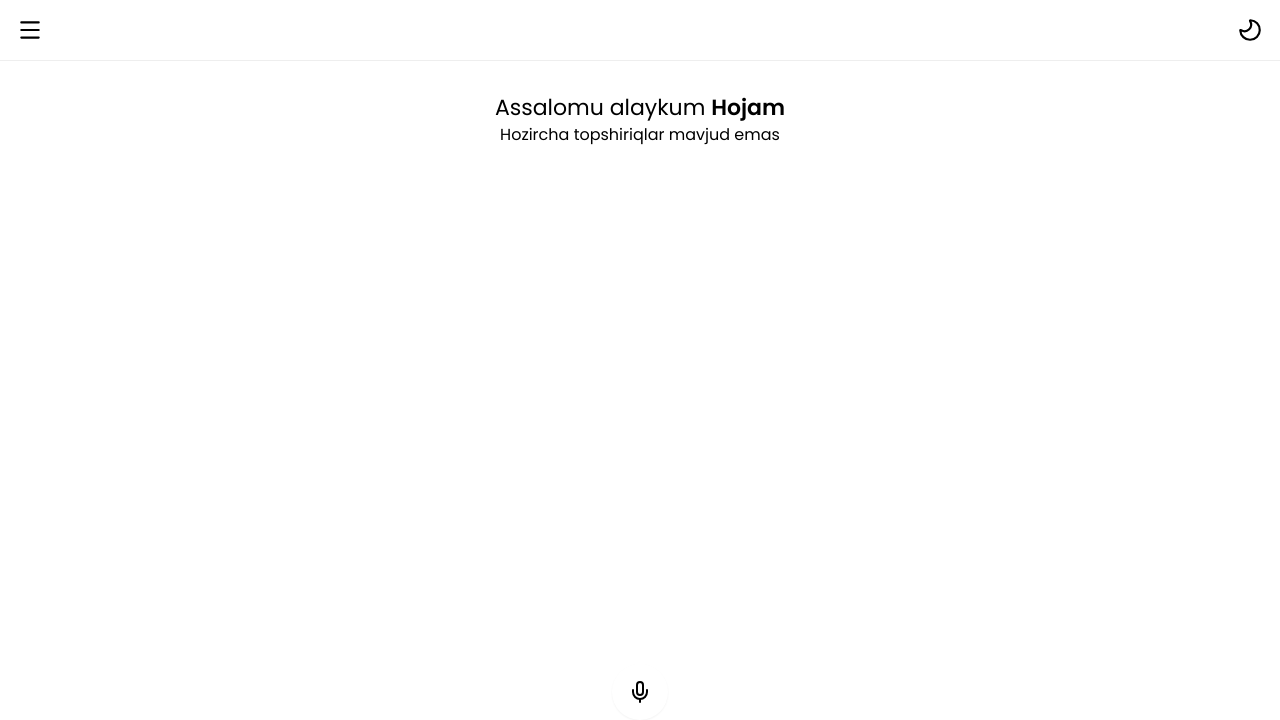
Repository: zaynobiddinovofficel-debug/KotibaAI
Page: / (app in web/)
An editor plug-in stored every save of this project. The page is shown before and after the next save, followed by the edit.
The browser window is 1280 px wide. The pictures show the whole page.
Some web fonts or font styles are not loaded; a fallback is used. The project was rebuilt for these pictures with package versions that can differ from the ones it lists, and the page was loaded fresh each time. Also part of the build but not shown: web/vite.config.js.

Above is the page before, as saved 2026-03-25 21:23:02.

### web/index.html
<!doctype html>
<html lang="en">
  <head>
    <meta charset="UTF-8" />
    <link rel="icon" type="image/svg+xml" href="/vite.svg" />
    <meta name="viewport" content="width=device-width, initial-scale=1.0" />
    <title>web</title>
    <link rel="preconnect" href="https://fonts.googleapis.com">
    <link rel="preconnect" href="https://fonts.gstatic.com" crossorigin>
    <link href="https://fonts.googleapis.com/css2?family=Barlow+Semi+Condensed:ital,wght@0,100;0,200;0,300;0,400;0,500;0,600;0,700;0,800;0,900;1,100;1,200;1,300;1,400;1,500;1,600;1,700;1,800;1,900&family=Big+Shoulders:opsz,wght@10..72,100..900&family=Chewy&family=Inter:ital,opsz,wght@0,14..32,100..900;1,14..32,100..900&family=Lexend+Deca:wght@100..900&family=Poppins:ital,wght@0,100;0,200;0,300;0,400;0,500;0,600;0,700;0,800;0,900;1,100;1,200;1,300;1,400;1,500;1,600;1,700;1,800;1,900&family=Roboto+Condensed:ital,wght@0,100..900;1,100..900&display=swap" rel="stylesheet">
  </head>
  <body class="font-[Poppins]">
    <div id="root"></div>
    <script type="module" src="/src/main.jsx"></script>
  </body>
</html>

### web/src/App.jsx
import { Button } from "@/components/ui/button"
import { MenuIcon, MicIcon, MoonIcon, PauseIcon, PlayIcon, SendIcon, SunIcon, XIcon } from "lucide-react"
import React from "react"
export default function App() {
  const barCount = 24;
  const sttApiKey = import.meta.env.VITE_UZBEKVOICE_API_KEY;
  const geminiApiKey = import.meta.env.VITE_GEMINI_API_KEY;
  const [tasks,setTasks] = React.useState(JSON.parse(localStorage.getItem("tasks")));
  const [username,setUsername] = React.useState(localStorage.getItem("username"));
  const [isLight,setIsLight] = React.useState(localStorage.getItem("theme")=="light");
  const [isRecording, setIsRecording] = React.useState(false);
  const [isPaused, setIsPaused] = React.useState(false);
  const [audioUrl, setAudioUrl] = React.useState(null);
  const [isPreviewPlaying, setIsPreviewPlaying] = React.useState(false);
  const [isSubmitting, setIsSubmitting] = React.useState(false);
  const [transcript, setTranscript] = React.useState("");
  const [geminiReply, setGeminiReply] = React.useState("");
  const [submitError, setSubmitError] = React.useState("");
  const [audioLevels, setAudioLevels] = React.useState(Array.from({ length: barCount }, () => 10));
  const mediaRecorderRef = React.useRef(null);
  const streamRef = React.useRef(null);
  const chunksRef = React.useRef([]);
  const recordAudioContextRef = React.useRef(null);
  const recordAnalyserRef = React.useRef(null);
  const previewAudioContextRef = React.useRef(null);
  const previewAnalyserRef = React.useRef(null);
  const animationFrameRef = React.useRef(null);
  const audioPreviewRef = React.useRef(null);
  const previewSourceRef = React.useRef(null);

  const rebuildAudioUrl = React.useCallback(() => {
    if (chunksRef.current.length === 0) return;

    setAudioUrl((currentUrl) => {
      if (currentUrl) {
        URL.revokeObjectURL(currentUrl);
      }

      return URL.createObjectURL(new Blob(chunksRef.current, { type: "audio/webm" }));
    });
  }, []);

  const stopVisualizer = React.useCallback(() => {
    if (animationFrameRef.current) {
      cancelAnimationFrame(animationFrameRef.current);
      animationFrameRef.current = null;
    }
    setAudioLevels(Array.from({ length: barCount }, () => 10));
  }, [barCount]);

  const startVisualizer = React.useCallback((analyser) => {
    const dataArray = new Uint8Array(analyser.frequencyBinCount);

    const updateLevels = () => {
      analyser.getByteFrequencyData(dataArray);
      const step = Math.max(1, Math.floor(dataArray.length / barCount));
      const nextLevels = Array.from({ length: barCount }, (_, index) => {
        const value = dataArray[index * step] ?? 0;
        return Math.max(10, Math.round((value / 255) * 64));
      });

      setAudioLevels(nextLevels);
      animationFrameRef.current = requestAnimationFrame(updateLevels);
    };

    updateLevels();
  }, [barCount]);

  const stopStream = React.useCallback(() => {
    if (streamRef.current) {
      streamRef.current.getTracks().forEach((track) => track.stop());
      streamRef.current = null;
    }
  }, []);

  const resetRecorder = React.useCallback(() => {
    if (audioPreviewRef.current) {
      audioPreviewRef.current.pause();
      audioPreviewRef.current.currentTime = 0;
    }

    setIsRecording(false);
    setIsPaused(false);
    setIsPreviewPlaying(false);
    stopVisualizer();

    if (previewAudioContextRef.current) {
      previewAudioContextRef.current.close();
      previewAudioContextRef.current = null;
    }
    if (recordAudioContextRef.current) {
      recordAudioContextRef.current.close();
      recordAudioContextRef.current = null;
    }

    previewAnalyserRef.current = null;
    recordAnalyserRef.current = null;
    previewSourceRef.current = null;
    mediaRecorderRef.current = null;
    chunksRef.current = [];

    setAudioUrl((currentUrl) => {
      if (currentUrl) {
        URL.revokeObjectURL(currentUrl);
      }

      return null;
    });
    stopStream();
  }, [stopStream, stopVisualizer]);

  const startRecording = React.useCallback(async () => {
    const stream = await navigator.mediaDevices.getUserMedia({ audio: true });
    const mediaRecorder = new MediaRecorder(stream);
    const audioContext = new window.AudioContext();
    const analyser = audioContext.createAnalyser();
    const source = audioContext.createMediaStreamSource(stream);

    chunksRef.current = [];
    streamRef.current = stream;
    mediaRecorderRef.current = mediaRecorder;
    recordAudioContextRef.current = audioContext;
    recordAnalyserRef.current = analyser;
    setAudioUrl((currentUrl) => {
      if (currentUrl) {
        URL.revokeObjectURL(currentUrl);
      }

      return null;
    });
    setIsPreviewPlaying(false);

    analyser.fftSize = 64;
    analyser.smoothingTimeConstant = 0.85;
    source.connect(analyser);

    mediaRecorder.ondataavailable = (event) => {
      if (event.data.size > 0) {
        chunksRef.current.push(event.data);
        rebuildAudioUrl();
      }
    };

    mediaRecorder.onstop = () => {
      resetRecorder();
    };

    mediaRecorder.start();
    startVisualizer(recordAnalyserRef.current);
    setIsRecording(true);
    setIsPaused(false);
  }, [rebuildAudioUrl, resetRecorder, startVisualizer]);

  const stopRecording = React.useCallback(() => {
    if (mediaRecorderRef.current && mediaRecorderRef.current.state !== "inactive") {
      mediaRecorderRef.current.stop();
      return;
    }

    resetRecorder();
  }, [resetRecorder]);

  const togglePause = React.useCallback(() => {
    if (!mediaRecorderRef.current) return;

    if (mediaRecorderRef.current.state === "recording") {
      mediaRecorderRef.current.pause();
      mediaRecorderRef.current.requestData();
      if (animationFrameRef.current) {
        cancelAnimationFrame(animationFrameRef.current);
        animationFrameRef.current = null;
      }
      setAudioLevels(Array.from({ length: barCount }, () => 10));
      setIsPaused(true);
      return;
    }

    if (mediaRecorderRef.current.state === "paused") {
      mediaRecorderRef.current.resume();
      if (recordAnalyserRef.current) {
        startVisualizer(recordAnalyserRef.current);
      }
      setIsPaused(false);
    }
  }, [barCount, startVisualizer]);

  const togglePreviewPlayback = React.useCallback(() => {
    if (!audioPreviewRef.current || !audioUrl) return;

    if (isPreviewPlaying) {
      audioPreviewRef.current.pause();
      audioPreviewRef.current.currentTime = 0;
      setIsPreviewPlaying(false);
      stopVisualizer();
      return;
    }

    if (!previewAudioContextRef.current) {
      const audioContext = new window.AudioContext();
      const analyser = audioContext.createAnalyser();
      const source = audioContext.createMediaElementSource(audioPreviewRef.current);

      analyser.fftSize = 64;
      analyser.smoothingTimeConstant = 0.85;
      source.connect(analyser);
      analyser.connect(audioContext.destination);

      previewAudioContextRef.current = audioContext;
      previewAnalyserRef.current = analyser;
      previewSourceRef.current = source;
    }

    if (previewAudioContextRef.current.state === "suspended") {
      previewAudioContextRef.current.resume();
    }
    if (previewAnalyserRef.current) {
      startVisualizer(previewAnalyserRef.current);
    }
    audioPreviewRef.current.play();
    setIsPreviewPlaying(true);
  }, [audioUrl, isPreviewPlaying, startVisualizer, stopVisualizer]);

  const sendRecording = React.useCallback(async () => {
    if (!sttApiKey) {
      setSubmitError("VITE_UZBEKVOICE_API_KEY envga qo'yilmagan");
      return;
    }

    if (chunksRef.current.length === 0) {
      setSubmitError("Yuborish uchun audio topilmadi");
      return;
    }

    try {
      setIsSubmitting(true);
      setSubmitError("");
      setTranscript("");
      setGeminiReply("");

      if (audioPreviewRef.current) {
        audioPreviewRef.current.pause();
        audioPreviewRef.current.currentTime = 0;
      }

      const formData = new FormData();
      const audioFile = new File([new Blob(chunksRef.current, { type: "audio/webm" })], "recording.webm", {
        type: "audio/webm",
      });

      formData.append("file", audioFile);
      formData.append("return_offsets", "false");
      formData.append("run_diarization", "false");
      formData.append("language", "uz");
      formData.append("blocking", "true");

      const response = await fetch("https://uzbekvoice.ai/api/v1/stt", {
        method: "POST",
        headers: {
          Authorization: sttApiKey,
        },
        body: formData,
      });

      const data = await response.json();

      if (!response.ok) {
        throw new Error(data?.message || data?.detail || "STT so'rovida xatolik");
      }

      const recognizedText = data?.result?.text || "";
      setTranscript(recognizedText);

      if (!geminiApiKey) {
        throw new Error("VITE_GEMINI_API_KEY envga qo'yilmagan");
      }

      const geminiResponse = await fetch(
        `https://generativelanguage.googleapis.com/v1beta/models/gemini-2.0-flash:generateContent?key=${geminiApiKey}`,
        {
          method: "POST",
          headers: {
            "Content-Type": "application/json",
          },
          body: JSON.stringify({
            contents: [
              {
                parts: [
                  {
                    text: `Siz Uzbek tilida ishlaydigan yordamchisiz. Foydalanuvchi nutqidan olingan matnni tahlil qiling, uning niyati va so'rovini qisqa aniqlang, keyin foydalanuvchiga foydali, aniq va qisqa javob yozing. Javobni faqat oddiy matn ko'rinishida qaytaring.\n\nNutq matni:\n${recognizedText}`,
                  },
                ],
              },
            ],
          }),
        }
      );

      const geminiData = await geminiResponse.json();

      if (!geminiResponse.ok) {
        throw new Error(
          geminiData?.error?.message || "Gemini so'rovida xatolik"
        );
      }

      const geminiText =
        geminiData?.candidates?.[0]?.content?.parts?.map((part) => part.text).join("") || "";

      setGeminiReply(geminiText);
      resetRecorder();
    } catch (error) {
      setSubmitError(error.message || "Audio yuborishda xatolik");
    } finally {
      setIsSubmitting(false);
    }
  }, [resetRecorder, sttApiKey]);

  React.useEffect(() => {
    return () => {
      if (mediaRecorderRef.current && mediaRecorderRef.current.state !== "inactive") {
        mediaRecorderRef.current.stop();
      }
      if (audioPreviewRef.current) {
        audioPreviewRef.current.pause();
      }
      if (previewAudioContextRef.current) {
        previewAudioContextRef.current.close();
        previewAudioContextRef.current = null;
      }
      if (recordAudioContextRef.current) {
        recordAudioContextRef.current.close();
        recordAudioContextRef.current = null;
      }
      previewAnalyserRef.current = null;
      recordAnalyserRef.current = null;
      resetRecorder();
    };
  }, [resetRecorder]);

  return (
    <div className="min-h-screen w-full flex flex-col items-center">
    <div className="px-3 py-3 max-w-[1280px] w-full border-b border-b-[#eee] flex justify-between">
      <Button className={`w-[36px]`} variant={'ghost'}>
        <MenuIcon className="size-6.5" />
      </Button>
      <Button className={`w-[36px]`} variant={'ghost'}>
        {isLight?<SunIcon className="size-6.5" />:<MoonIcon className="size-6.5 rotate-270" />}
      </Button>
    </div>
    {(tasks==null||tasks.length==0)&&
    <div className="px-3 py-3 max-w-[1280px] w-full flex flex-col items-center my-6 text-center gap-2">
    <span className="text-[22px] leading-none">Assalomu alaykum <b className="font-[550]">
      {username==null?"Hojam":username}
    </b></span>
    <span className="leading-none">Hozircha topshiriqlar mavjud emas</span>
    </div>}
    {transcript&&<div className="px-3 py-3 max-w-[1280px] w-full">
      <div className="text-sm">{transcript}</div>
    </div>}
    {geminiReply&&<div className="px-3 py-3 max-w-[1280px] w-full">
      <div className="text-sm">{geminiReply}</div>
    </div>}
    {submitError&&<div className="px-3 py-2 max-w-[1280px] w-full text-sm text-red-600">{submitError}</div>}
    <div className="px-3 max-w-[1280px] w-full flex justify-center mt-auto">
      <div className="flex w-full max-w-md flex-col items-center gap-4 ">
        {isRecording&&<div className="flex h-20 w-full items-end justify-center gap-1">
          {audioLevels.map((level, index) => (
            <div
              key={index}
              className={`w-2 rounded-full bg-primary/80 transition-all duration-75 ${isPaused ? "opacity-40" : ""}`}
              style={{ height: `${level}px` }}
            />
          ))}
        </div>}
        {audioUrl&&<audio
          ref={audioPreviewRef}
          src={audioUrl}
          onEnded={() => {
            setIsPreviewPlaying(false);
            stopVisualizer();
            setAudioLevels(Array.from({ length: barCount }, () => 10));
          }}
          className="hidden"
        />}
      <div className="flex items-center gap-3" >
        {isRecording&&<Button variant="outline" size="icon" aria-label="Cancel" onClick={stopRecording}>
          <XIcon className="size-5" />
        </Button>}
        <Button
          size="icon"
          className="size-14 rounded-full"
          aria-label={isPaused ? "Play chunk" : "Mic"}
          onClick={isRecording ? (isPaused ? togglePreviewPlayback : stopRecording) : startRecording}
          disabled={isSubmitting}
        >
          {isPaused ? <PlayIcon className="size-6 fill-current" /> : <MicIcon className="size-6" />}
        </Button>
        {isRecording&&<Button
          variant="secondary"
          size="icon"
          aria-label={isPaused ? "Send" : "Pause"}
          onClick={isPaused ? sendRecording : togglePause}
          disabled={isSubmitting}
        >
          {isPaused ? <SendIcon className="size-5" /> : <PauseIcon className="size-5 fill-current" />}
        </Button>}
      </div>
      </div>
    </div>
    </div>
  )
}

### web/src/components/ui/button.jsx
import * as React from "react"
import { Slot } from "@radix-ui/react-slot"
import { cva } from "class-variance-authority"

import { cn } from "@/lib/utils"

const buttonVariants = cva(
  "inline-flex items-center justify-center gap-2 whitespace-nowrap rounded-md text-sm font-medium transition-[color,box-shadow,transform] !duration-0 disabled:pointer-events-none disabled:opacity-50 [&_svg]:pointer-events-none [&_svg:not([class*='size-'])]:size-4 shrink-0 [&_svg]:shrink-0 outline-none focus-visible:border-ring focus-visible:ring-ring/50 focus-visible:ring-[3px] aria-invalid:ring-destructive/20 dark:aria-invalid:ring-destructive/40 aria-invalid:border-destructive active:scale-[0.98]",
  {
    variants: {
      variant: {
        default:
          "bg-primary text-primary-foreground shadow-xs hover:bg-primary/90",
        destructive:
          "bg-destructive text-white shadow-xs hover:bg-destructive/90 focus-visible:ring-destructive/20",
        outline:
          "border bg-background shadow-xs hover:bg-accent hover:text-accent-foreground",
        secondary:
          "bg-secondary text-secondary-foreground shadow-xs hover:bg-secondary/80",
        ghost: "hover:bg-accent hover:text-accent-foreground",
        link: "text-primary underline-offset-4 hover:underline",
      },
      size: {
        default: "h-9 px-4 py-2",
        sm: "h-8 rounded-md gap-1.5 px-3",
        lg: "h-10 rounded-md px-6",
        icon: "size-9",
      },
    },
    defaultVariants: {
      variant: "default",
      size: "default",
    },
  }
)

function Button({ className, variant, size, asChild = false, ...props }) {
  const Comp = asChild ? Slot : "button"

  return (
    <Comp
      data-slot="button"
      className={cn(buttonVariants({ variant, size, className }))}
      {...props}
    />
  )
}

export { Button, buttonVariants }

Loaded but not shown: web/src/main.jsx (common file); web/src/index.css (common file); web/src/lib/utils.js (common file)

After the next save:
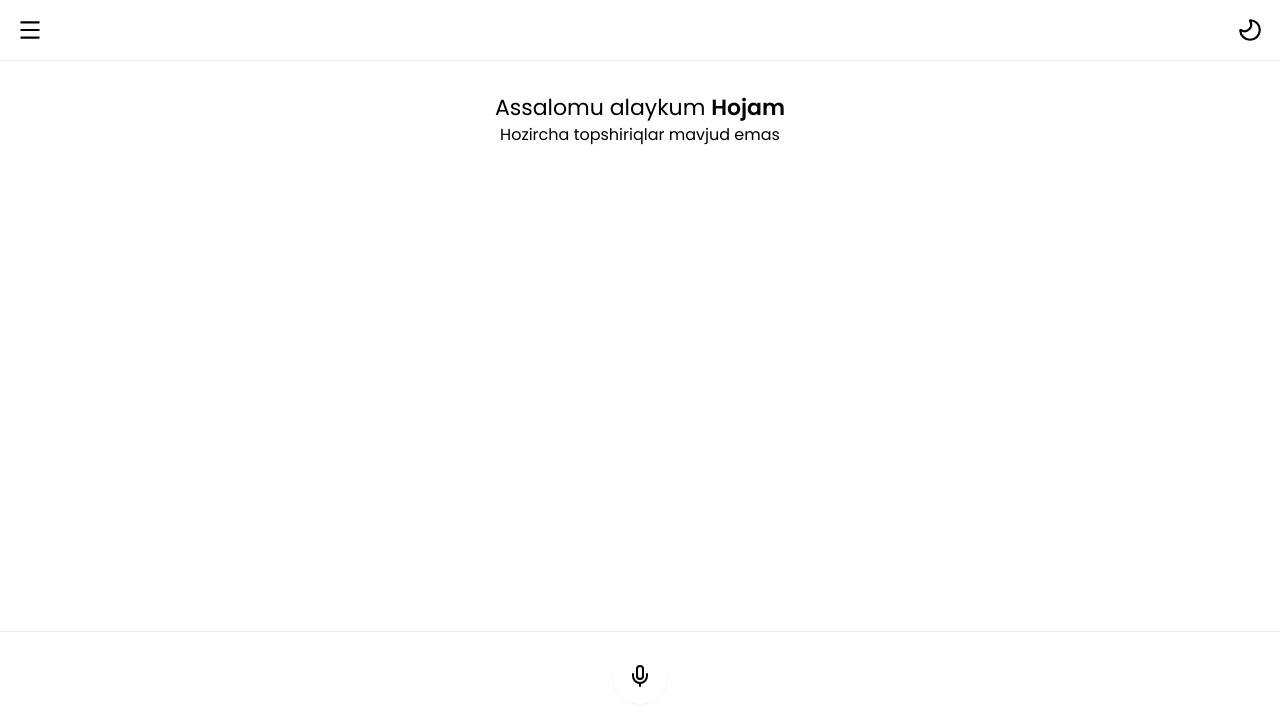
Saved 5 s later.
--- a/web/src/App.jsx
+++ b/web/src/App.jsx
@@ -361,7 +361,7 @@ export default function App() {
       <div className="text-sm">{geminiReply}</div>
     </div>}
     {submitError&&<div className="px-3 py-2 max-w-[1280px] w-full text-sm text-red-600">{submitError}</div>}
-    <div className="px-3 max-w-[1280px] w-full flex justify-center mt-auto">
+    <div className="px-3 max-w-[1280px] w-full flex justify-center mt-auto border-t border-[#eee] bg-background/90 px-4 py-4 shadow-sm backdrop-blur-sm">
       <div className="flex w-full max-w-md flex-col items-center gap-4 ">
         {isRecording&&<div className="flex h-20 w-full items-end justify-center gap-1">
           {audioLevels.map((level, index) => (
